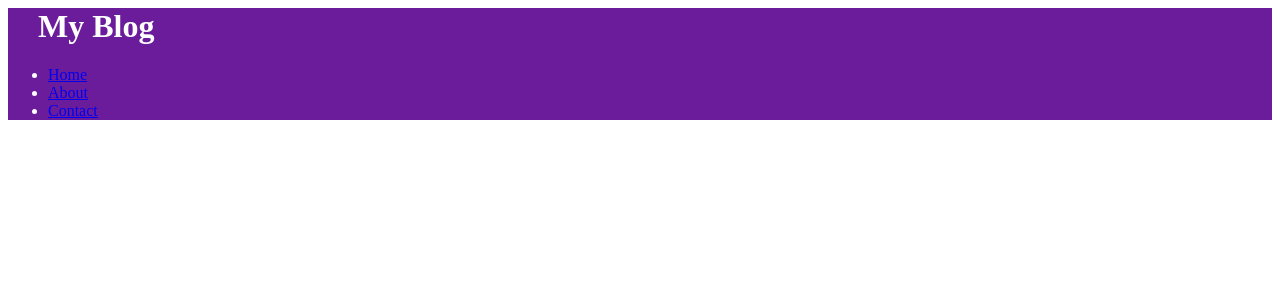
Repository: Femi007-gh/BLOG
Page: index.html
The author's editor kept a copy of each file at every save. The page is drawn from the files as they stood at one save, then again after the next save.
The browser window is 1280 px wide. The pictures show the whole page.

Above is the page before, as saved 2025-01-08 06:47:44.

After the next save:
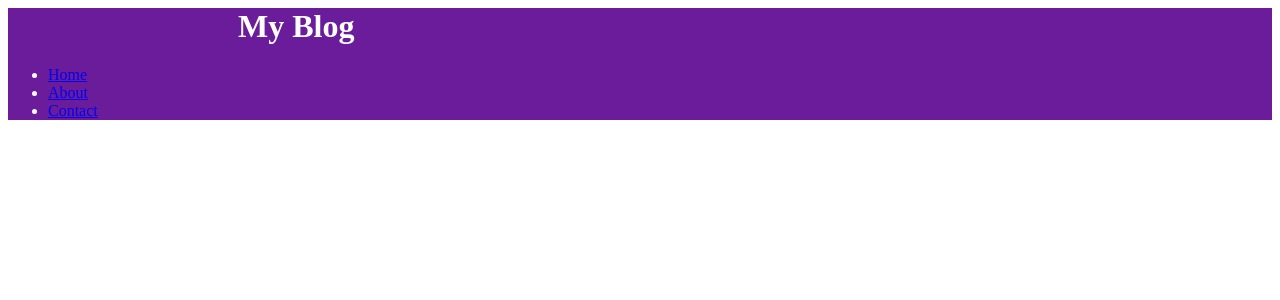
Saved 6 s later.
--- a/style.css
+++ b/style.css
@@ -4,5 +4,5 @@ header {
 }
 
 h1 {
-  margin-left: 30px;
+  margin-left: 230px;
 }
